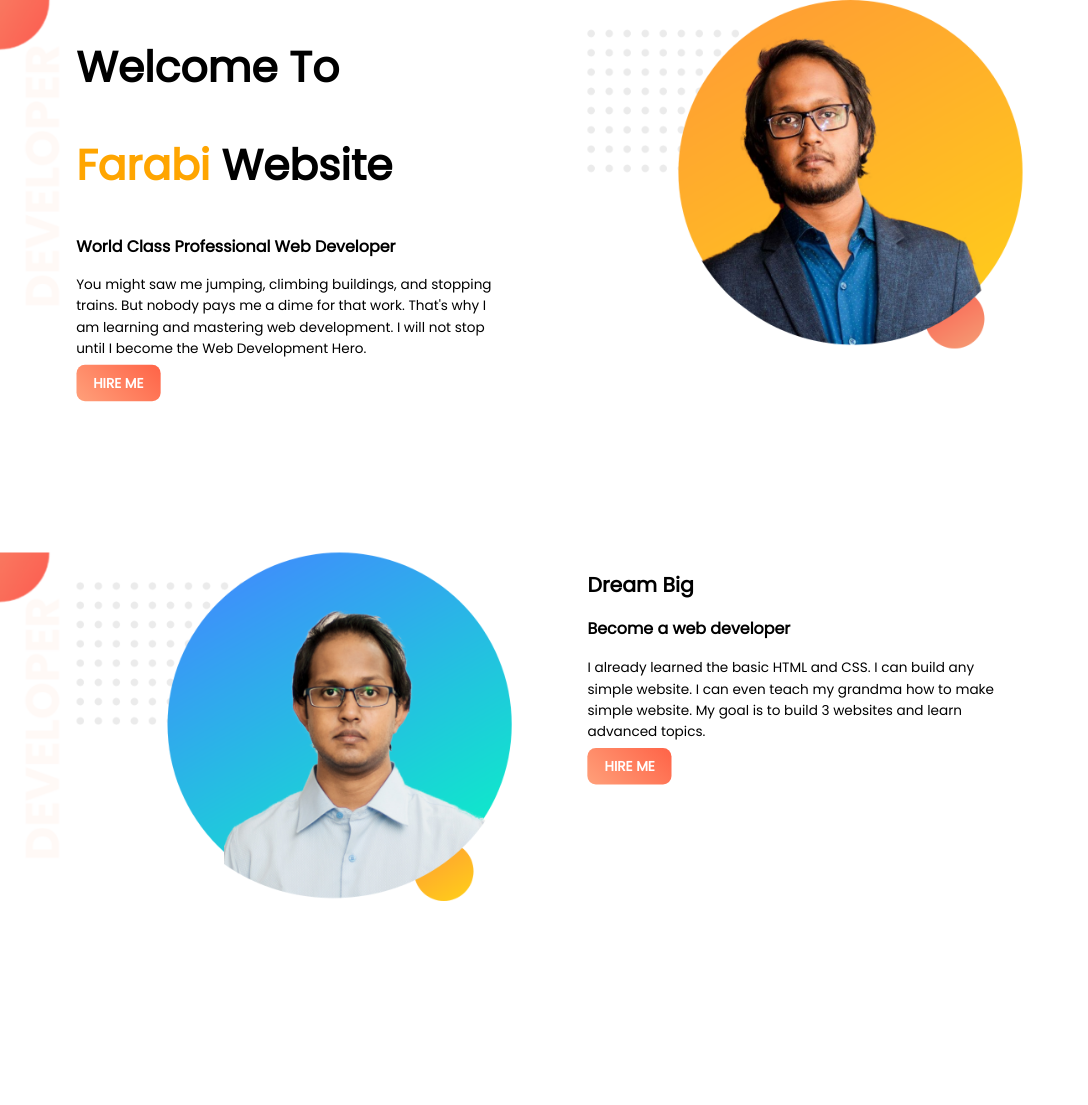
Repository: mohsinfarabi/web-portfolio
Page: index.html
The author's editor kept a copy of each file at every save. The page is drawn from the files as they stood at one save, then again after the next save.
The browser window is 1280 px wide. The pictures show the whole page, at 85% of full size.

Above is the page before, as saved 2020-06-30 23:29:20.

### index.html
<!DOCTYPE html>
<html lang="en">

<head>
    <meta charset="UTF-8">
    <meta name="viewport" content="width=device-width, initial-scale=1.0">
    <link href="https://fonts.googleapis.com/css2?family=Poppins" rel="stylesheet">
    <title>Farabi Web Developer</title>
    <link rel="stylesheet" href="style.css">
</head>

<body>
    <section class="top-banner">
        <div class="half-width">
            <h1>Welcome To</h1>
            <h1><span class="name-highlight">Farabi</span> Website</h1>
            <h3>World Class Professional Web Developer</h3>
            <p>You might saw me jumping, climbing buildings, and stopping trains. But nobody pays me a dime for that work. That's why I am learning and mastering web development. I will not stop until I become the Web Development Hero.</p>
            <a class="link-button" target="_blank" href="https://www.linkedin.com/in/mohsin-farabi-68655040/">HIRE ME</a>
        </div>
        <div class="half-width">
            <img src="images/profile1.png" alt="">
        </div>
    </section>
    <section class="dream-area">
        <div class="half-width">
            <img src="images/profile2.png" alt="">
        </div>
        <div class="half-width">
            <h2>Dream Big</h2>
            <h3>Become a web developer</h3>
            <p>I already learned the basic HTML and CSS. I can build any simple website. I can even teach my grandma how to make simple website. My goal is to build 3 websites and learn advanced topics.</p>
            <a class="link-button" target="_blank" href="https://www.linkedin.com/in/mohsin-farabi-68655040/">HIRE ME</a>
        </div>

    </section>
</body>

</html>

### style.css
body {
    margin: 0;
    font-family: 'Poppins', sans-serif;
}

h1 {
    font-size: 50px;
}

h2 {}

.name-highlight {
    color: orange;
}

.half-width {
    width: 40%;
    float: left;
    margin-left: 5%;
    padding-left: 2%;
}

.half-width img {
    width: 100%;
}

.top-banner {
    background-image: url(images/top-banner.png);
    background-repeat: no-repeat;
}

.dream-area {
    background-image: url(images/top-banner.png);
    background-repeat: no-repeat;
}

section {
    height: 500px;
    padding-bottom: 150px;
}

.link-button {
    text-decoration: none;
    background-image: linear-gradient(45deg, lightSalmon, tomato);
    padding: 10px 20px;
    border-radius: 10px;
    color: white;
    font-weight: 700;
}

After the next save:
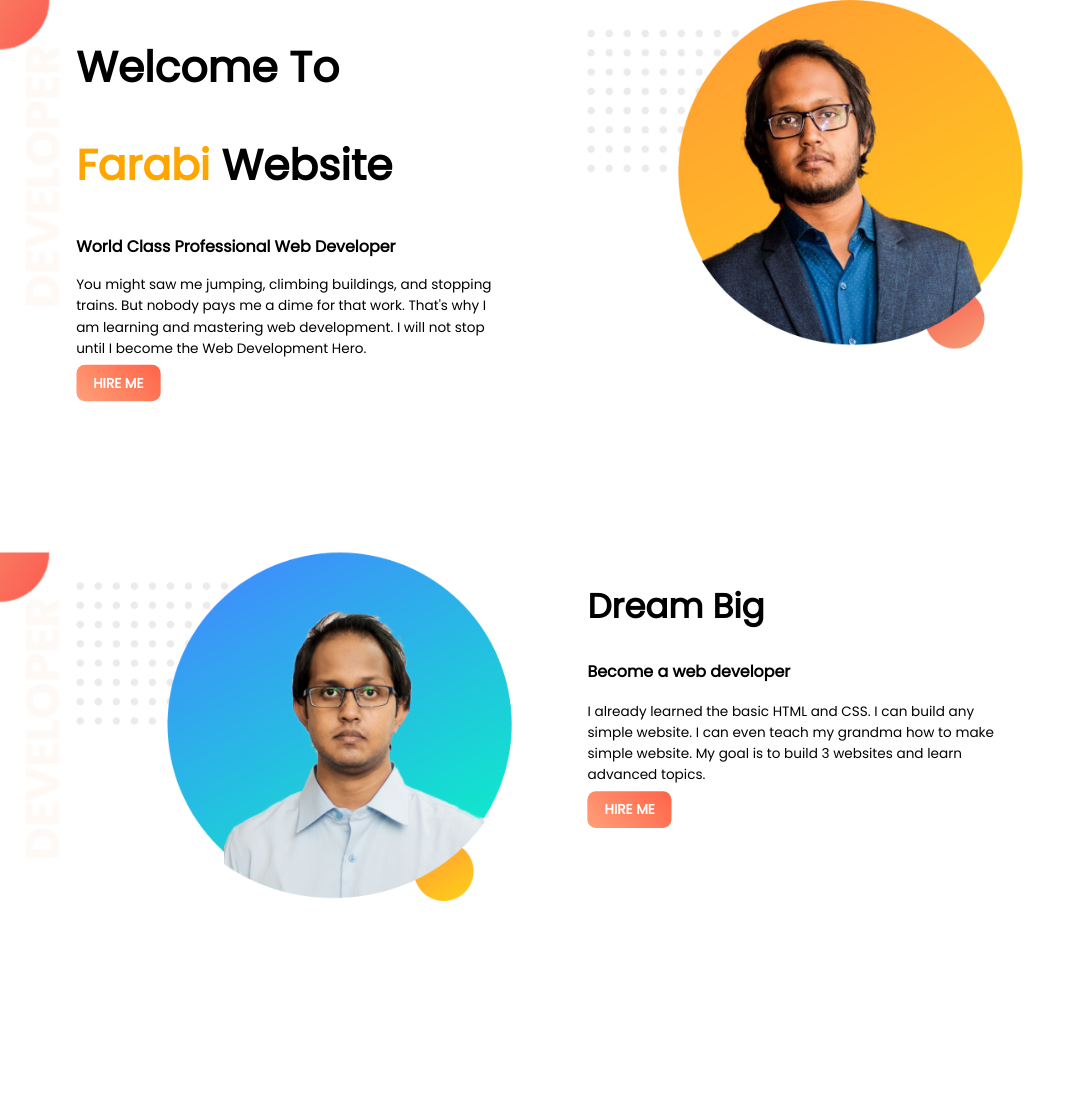
Saved 15 s later.
--- a/style.css
+++ b/style.css
@@ -7,7 +7,9 @@ h1 {
     font-size: 50px;
 }
 
-h2 {}
+h2 {
+    font-size: 40px;
+}
 
 .name-highlight {
     color: orange;
